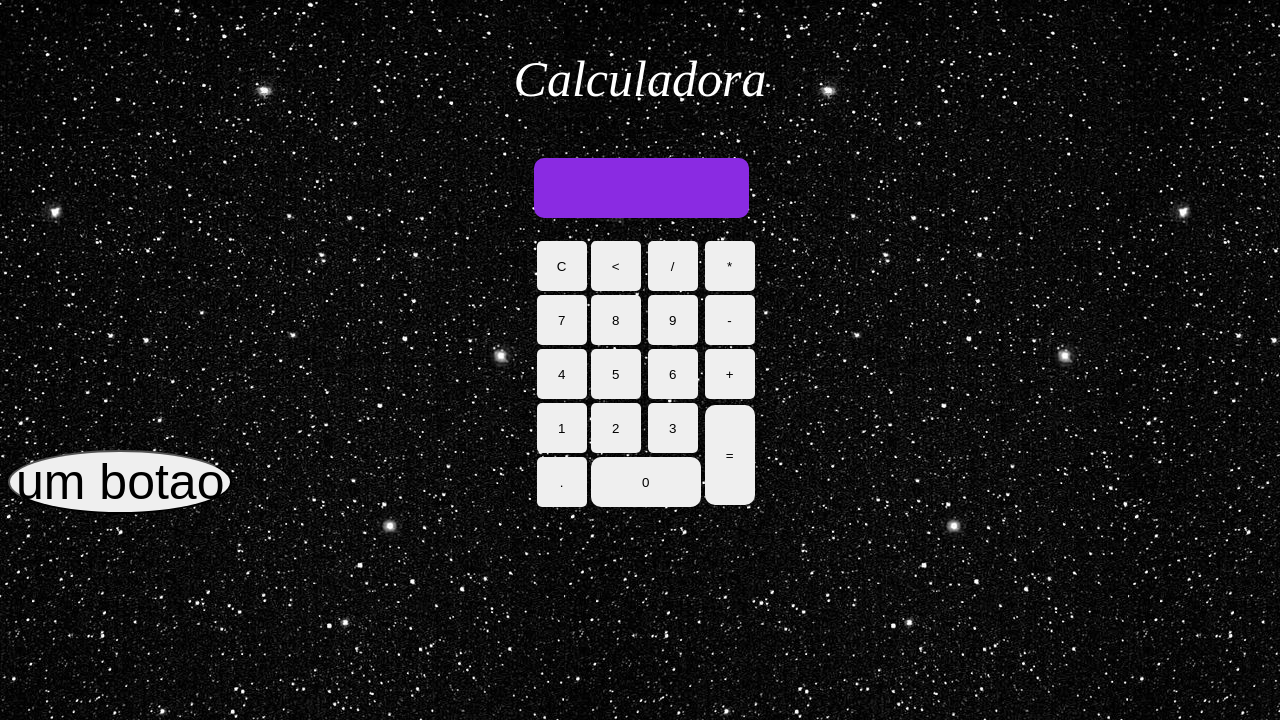
Repository: mariele-huff/calculadora
Page: index.html
The author's editor kept a copy of each file at every save. The page is drawn from the files as they stood at one save, then again after the next save.
The browser window is 1280 px wide. The pictures show the whole page.

Above is the page before, as saved 2022-08-14 20:27:48.

After the next save:
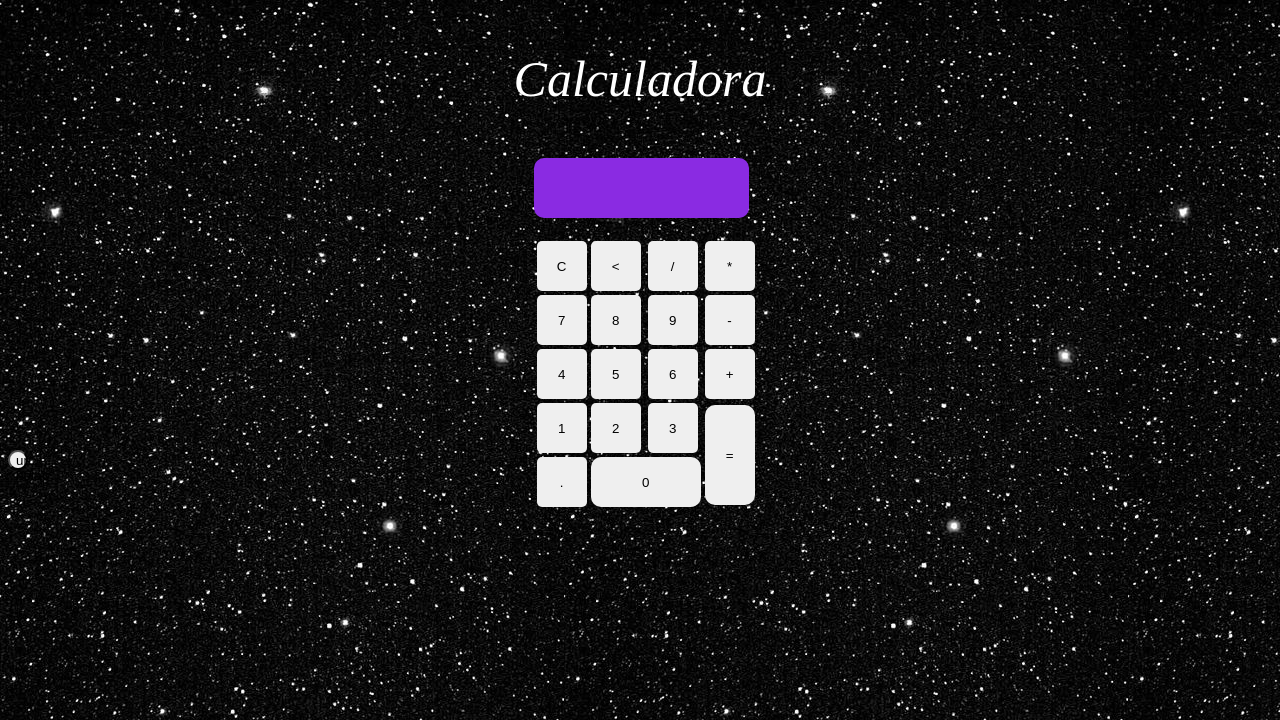
Saved 27 s later.
--- a/style.css
+++ b/style.css
@@ -80,5 +80,6 @@ table {
 }
 .cor{
     border-radius: 100%;
-    font-size: 50px;
+    height: 20px;
+    width: 20px;
 }
